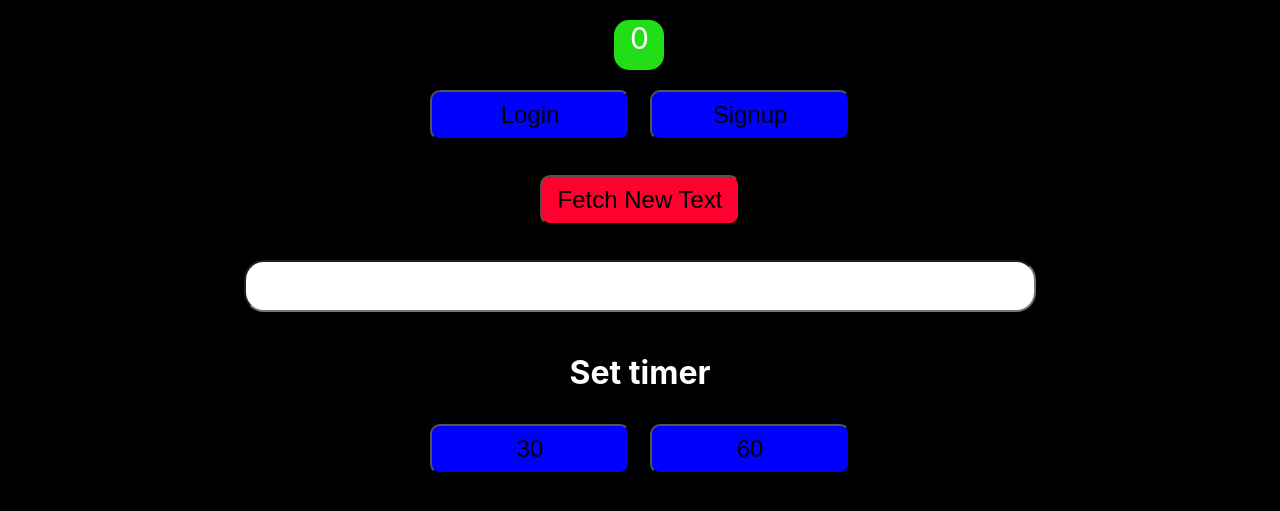
Repository: abhaysharma20233009/swiftKey
Page: / (app in frontend/my-app/)
The author's editor kept a copy of each file at every save. The page is drawn from the files as they stood at one save, then again after a run of saves.
The browser window is 1280 px wide. The pictures show the whole page.
The page's requests for data from a server got no answer. The project was rebuilt for these pictures with package versions that can differ from the ones it lists, and the page was loaded fresh each time. No one was signed in, and anything a server would have sent is missing. Also part of the build but not shown: frontend/my-app/src/Results.js, frontend/my-app/src/Login.js, frontend/my-app/src/Signup.js.

Above is the page before, as saved 2024-10-10 21:35:19.

### frontend/my-app/src/App.js
//App.js

import './App.css';
import React from 'react';
import { BrowserRouter as Router, Route, Routes } from 'react-router-dom';
import Swift from './Swifts';
import Results from './Results';
import Login from './Login';
import Signup from './Signup';
const App = () => {
    return (
        <Router>
			<div className="App">
            <Routes>
                <Route path="/" element={<Swift />} />
                <Route path="/results" element={<Results />} />
                <Route path="/login" element={<Login />} />
                <Route path="/signup" element={<Signup/>}/>
            </Routes>
			</div>
        </Router>
    );
};

export default App;

### frontend/my-app/src/App.css
.App {
  text-align: center;
  color:white;
}

body{
  background-color:black;
}

.log{
  color:black;
  margin-left: 10px;
  margin-right: 10px;
  background-color: blue;
  border-radius: 10px;
  height:50px;
  width:200px;
  justify-self: end;
  font-size: x-large;
  margin-top:10px;
  margin-bottom:25px;
}




.in{
  border-radius:20px;
  font-size: 24px;
  width: 60%;
  padding: 10px;
  margin: 10px 0;
}

.hea{
  margin-top: 50px;
  margin-bottom:20px;
  margin-left:25%;
  background-color: lightgray;
  font-size: 24px;
  background-color:rgb(0, 128, 9);
  width:50%;
  height:50px;
  border-radius:30px;
  text-align: center;
}

.lo{
  text-align:center;
}
.Timer{
  height:50px;
  font-size:30px;
  margin-bottom: 10px;
  background-color:rgb(33, 222, 23);
  width:50px;
  margin-left:48%;
  border-radius: 15px;
}

.form{
  font-size: 28px;
  margin-top:80px;
  padding:5px;
  background:linear-gradient(150deg,blue,red);
  background-color:rgb(169, 90, 63);
  width:60%;
  border-radius:20px;
  margin-left:20%;
}

.logs{
  color:black;
  margin-left: 10px;
  margin-right: 10px;
  background-color: rgb(255, 0, 47);
  border-radius: 10px;
  height:50px;
  width:200px;
  justify-self: end;
  font-size: x-large;
  margin-top:10px;
  margin-bottom:25px;
}

### frontend/my-app/src/Swifts.js
import React, { useState, useEffect } from 'react';
import { useNavigate, useLocation } from 'react-router-dom';

function Swifts() {
    const [message, setMessage] = useState('');
    const [inputValue, setInputValue] = useState('');
    const [currentWordIndex, setCurrentWordIndex] = useState(0);
    const [time, setTime] = useState(0);
    const [countdown, setCountdown] = useState(0);
    const [wordTyped, setWordTyped] = useState(0);
    const navigate = useNavigate();
    const location = useLocation();

    const username = location.state?.username || '';
    const email = location.state?.email || '';

    const fetchMessages = async () => {
        try {
            const response = await fetch('http://localhost:7000/random-paragraph');
            const data = await response.json();
            if (data && typeof data === 'string') {
                setMessage(data);
                setInputValue('');
                setCurrentWordIndex(0);
            } else {
                console.error('Invalid data format:', data);
            }
        } catch (error) {
            console.error('Error fetching messages:', error);
        }
    };

    useEffect(() => {
        fetchMessages();
    }, []);

    useEffect(() => {
        let timer;
        if (time > 0) {
            setCountdown(time);
            timer = setInterval(() => {
                setCountdown((prev) => {
                    if (prev <= 1) {
                        clearInterval(timer);
                        navigate('/results', { state: { wordTyped, username, email } });
                        return 0;
                    }
                    return prev - 1;
                });
            }, 1000);
        }

        return () => clearInterval(timer);
    }, [time, navigate, wordTyped, username, email]);

    const handleInputChange = (e) => {
        const value = e.target.value;
        setInputValue(value);

        const words = message.split(' ');
        const currentWord = words[currentWordIndex];

        if (currentWord && currentWord.startsWith(value.trim())) {
            if (value.trim() === currentWord) {
                setCurrentWordIndex((prevIndex) => {
                    setWordTyped((prev) => prev + 1); // Increment word count
                    return prevIndex + 1;
                });
                setInputValue('');
            }
        }
    };

    const words = message.split(' ');
    const currentWord = words[currentWordIndex] || '';

    return (
        <div style={{ textAlign: 'center', marginTop: '20px' }}>
            <div className="Timer">{countdown}</div>
            {username && <h2>Welcome, {username}!</h2>}
            <button className="log" onClick={() => navigate('/login')}>Login</button>
            <button className="log" onClick={() => navigate('/signup')}>Signup</button>
            <br />
            <button className="logs" onClick={fetchMessages}>Fetch New Text</button>
            <br />
            <input
                className='in'
                type="text"
                value={inputValue}
                onChange={handleInputChange}
                placeholder={currentWord.slice(inputValue.length)}
            />
            <div className="lo">
                <div style={{ fontSize: '24px', marginTop: '10px', textAlign: 'center', display: 'flex', flexWrap: 'wrap' }}>
                    {words.map((word, index) => {
                        const isCurrentWord = index === currentWordIndex;
                        const isTypedWord = index < currentWordIndex;

                        return (
                            <span
                                key={index}
                                style={{
                                    padding: '0 5px',
                                    color: isCurrentWord ? 'blue' : (isTypedWord ? 'gray' : 'white'),
                                    textDecoration: isTypedWord ? 'line-through' : 'none',
                                }}
                            >
                                {word}
                            </span>
                        );
                    })}
                </div>
            </div>
            <h1>Set timer</h1>
            <button className="log" onClick={() => setTime(30)}>30</button>
            <button className="log" onClick={() => setTime(60)}>60</button>
        </div>
    );
}

export default Swifts;

Loaded but not shown: frontend/my-app/public/index.html (common file); frontend/my-app/src/index.js (common file); frontend/my-app/src/index.css (common file); frontend/my-app/src/reportWebVitals.js (common file)

After the next 3 saves:
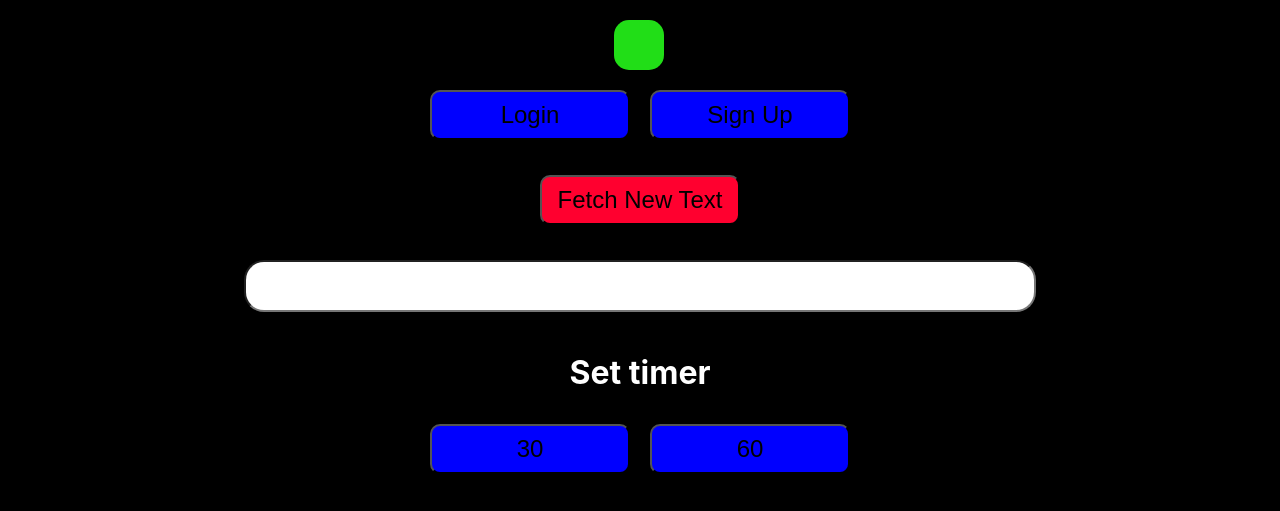
The 3 saves are shown as one change because 2 did not build or start.
The last was saved 5 min 27 s later.
--- a/frontend/my-app/src/Swifts.js
+++ b/frontend/my-app/src/Swifts.js
@@ -6,14 +6,15 @@ function Swifts() {
     const [inputValue, setInputValue] = useState('');
     const [currentWordIndex, setCurrentWordIndex] = useState(0);
     const [time, setTime] = useState(0);
-    const [countdown, setCountdown] = useState(0);
-    const [wordTyped, setWordTyped] = useState(0);
     const navigate = useNavigate();
     const location = useLocation();
+    const [countdown, setCountdown] = useState(null);
+    const  [wordTyped,setWordTyped]=useState(0);
+
+    // Retrieve username from location state
 
     const username = location.state?.username || '';
-    const email = location.state?.email || '';
-
+   const email=location.state?.email || '';
     const fetchMessages = async () => {
         try {
             const response = await fetch('http://localhost:7000/random-paragraph');
@@ -34,24 +35,7 @@ function Swifts() {
         fetchMessages();
     }, []);
 
-    useEffect(() => {
-        let timer;
-        if (time > 0) {
-            setCountdown(time);
-            timer = setInterval(() => {
-                setCountdown((prev) => {
-                    if (prev <= 1) {
-                        clearInterval(timer);
-                        navigate('/results', { state: { wordTyped, username, email } });
-                        return 0;
-                    }
-                    return prev - 1;
-                });
-            }, 1000);
-        }
 
-        return () => clearInterval(timer);
-    }, [time, navigate, wordTyped, username, email]);
 
     const handleInputChange = (e) => {
         const value = e.target.value;
@@ -62,24 +46,48 @@ function Swifts() {
 
         if (currentWord && currentWord.startsWith(value.trim())) {
             if (value.trim() === currentWord) {
-                setCurrentWordIndex((prevIndex) => {
-                    setWordTyped((prev) => prev + 1); // Increment word count
-                    return prevIndex + 1;
-                });
+                setCurrentWordIndex((prevIndex) => prevIndex + 1);
                 setInputValue('');
             }
         }
     };
 
+    useEffect(() => {
+        if (time > 0) {
+            setCountdown(time); // Set countdown to the selected time
+        }
+    }, [time]);
+
+    useEffect(() => {
+        if (countdown > 0) {
+            const timer = setInterval(() => {
+
+                setCountdown((prev) => prev - 1);
+            }, 1000);
+
+            return () => clearInterval(timer);
+        }
+    }, [countdown]);
+    useEffect(() => {
+        if (time > 0) {
+            setWordTyped(currentWordIndex*60/time);
+            const timer = setTimeout(() => {
+                navigate('/results', { state: { wordTyped, username ,email} });
+            }, time * 1000);
+
+            return () => clearTimeout(timer);
+        }
+    }, [time,currentWordIndex, wordTyped, navigate, username ,email]);
     const words = message.split(' ');
     const currentWord = words[currentWordIndex] || '';
 
     return (
         <div style={{ textAlign: 'center', marginTop: '20px' }}>
-            <div className="Timer">{countdown}</div>
+              <div class="Timer">{countdown}</div>
             {username && <h2>Welcome, {username}!</h2>}
             <button className="log" onClick={() => navigate('/login')}>Login</button>
-            <button className="log" onClick={() => navigate('/signup')}>Signup</button>
+            <button className="log" onClick={()=>navigate('/signup')}>Sign Up</button>
+            {/* <button className="log" onClick={()=>logout(username,email)}>Logout</button> */}
             <br />
             <button className="logs" onClick={fetchMessages}>Fetch New Text</button>
             <br />
@@ -114,6 +122,8 @@ function Swifts() {
             <h1>Set timer</h1>
             <button className="log" onClick={() => setTime(30)}>30</button>
             <button className="log" onClick={() => setTime(60)}>60</button>
+
+
         </div>
     );
 }
